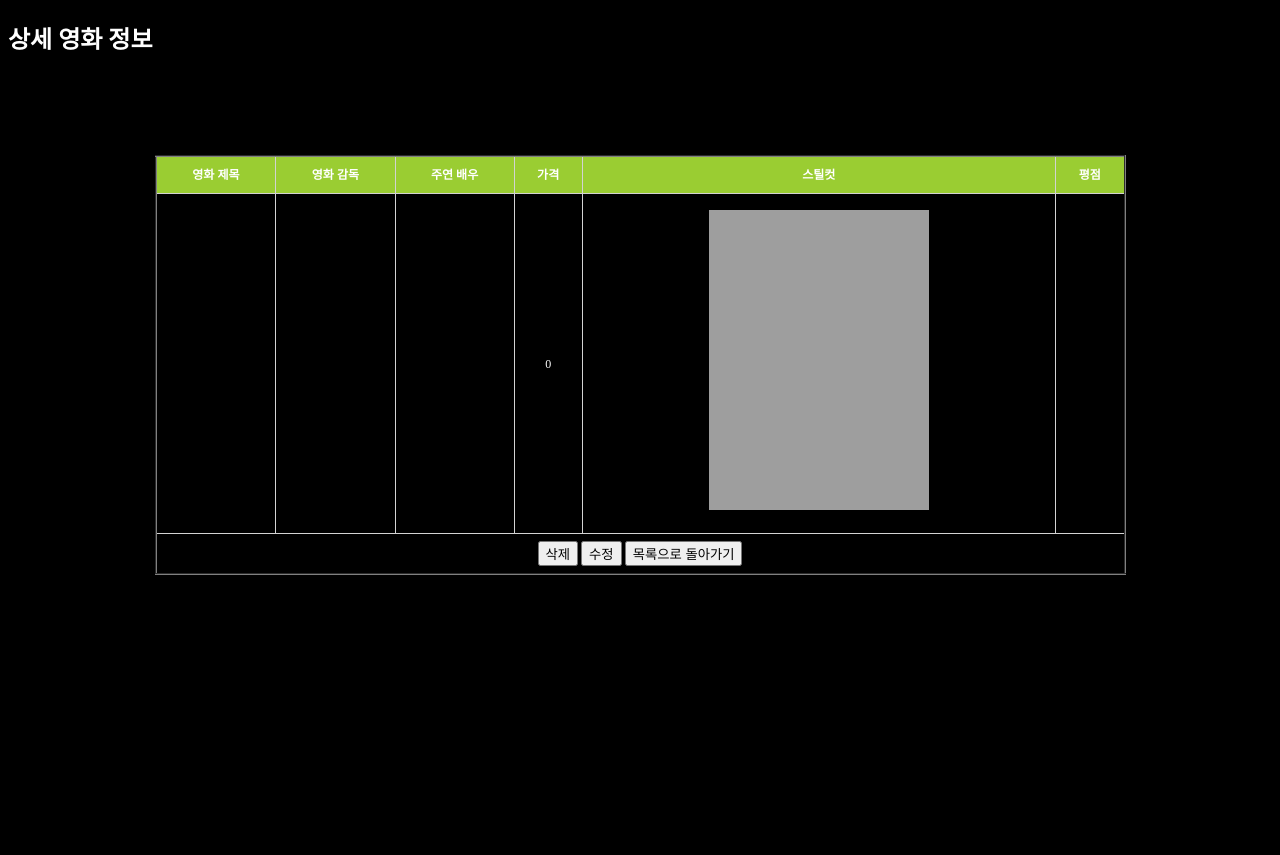
Repository: shinymusket/ideal-memory2
Page: http://localhost/homework10/MIS
These files come from the project's save history. The page is drawn as it stood at one moment and after the next save; the edit follows.
The browser window is 1280 px wide. The pictures show the whole page.
Pictures or frames that could not be fetched are drawn as grey boxes. The page is served by Tomcat 9. Queries for data that is not in the repository find no rows.

Above is the page before, as saved 2022-06-17 08:39:06.

After the next save:
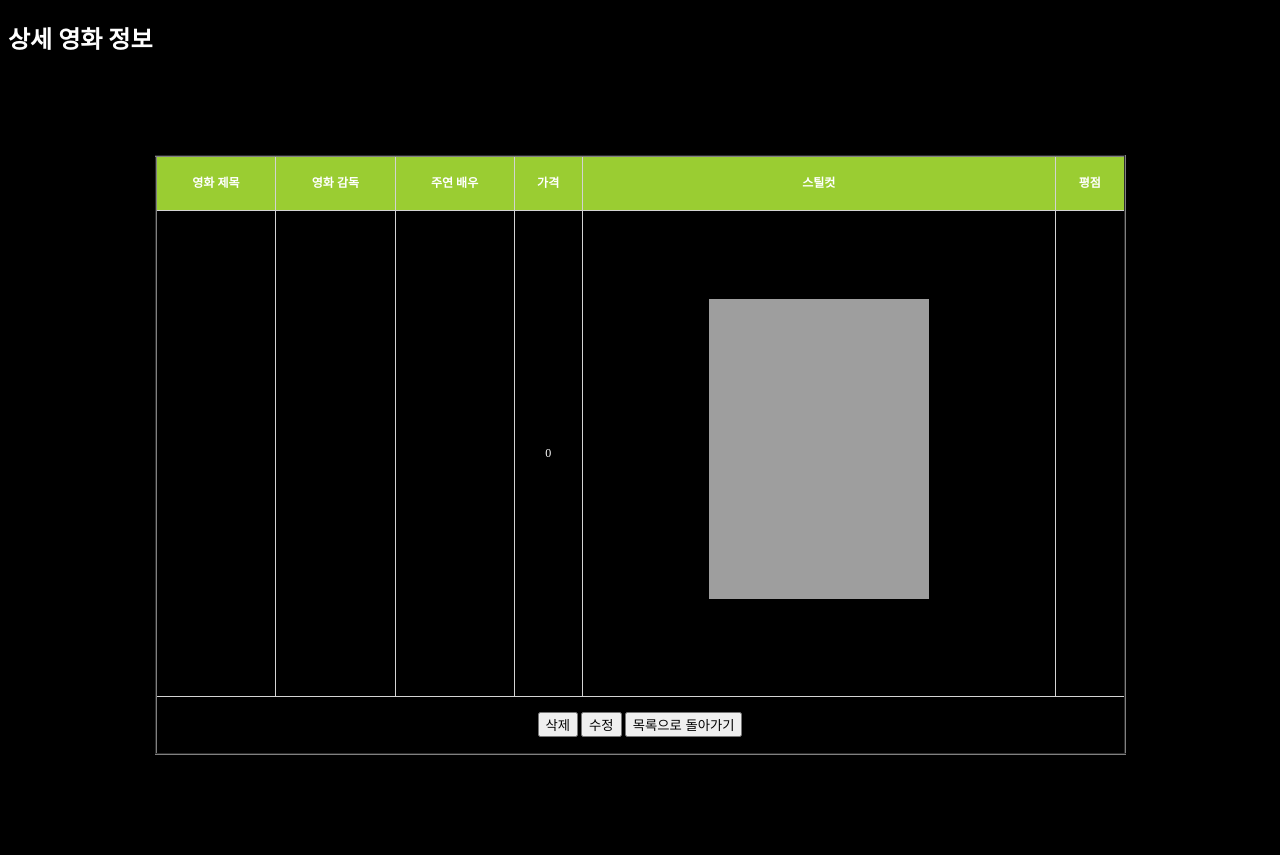
Saved 5 s later.
--- a/homework10/WebContent/style/movie_info.css
+++ b/homework10/WebContent/style/movie_info.css
@@ -17,7 +17,7 @@ a {
 
 table {
 	width: 100%;
-	height: 70%;
+	height: 100%;
 	border-collapse: collapse;
 	font-size: 12px;
 	line-height: 24px;
